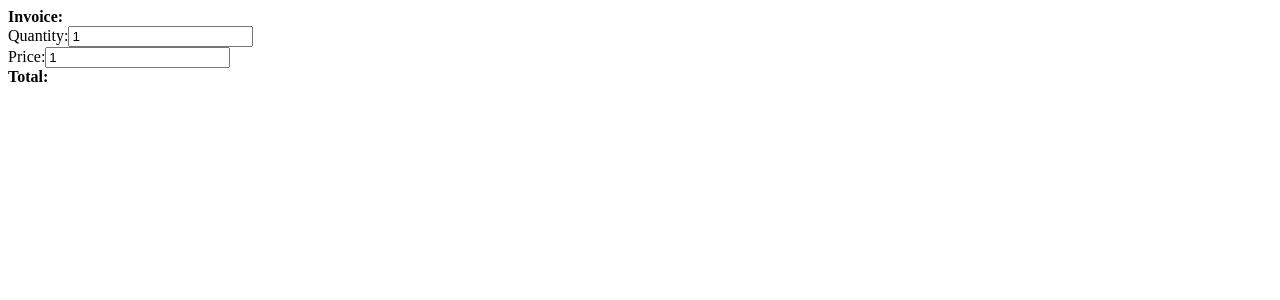
Repository: emriti/BO_SOA_Angular
Page: AngularClient/WebContent/Sampel.html
These files come from the project's save history. The page is drawn as it stood at one moment and after the next save; the edit follows.
The browser window is 1280 px wide. The pictures show the whole page.

Above is the page before, as saved 2016-08-30 05:29:23.

### AngularClient/WebContent/Sampel.html
<!DOCTYPE html>
<html>
<head>
<meta charset="ISO-8859-1">
<title>Insert title here</title>
<script type="text/javascript" src="scripts/angular.min.js"></script>
<script type="text/javascript" src="scripts/invoice1.js"></script>
</head>
<body>
	<div ng-app="invoice1" ng-controller="InvoiceController as invoice">
		<b>Invoice:</b>
		<div>
			Quantity:<input type="number" min="0" ng-model="invoice.qty">
		</div>
		<div>
			Price:<input type="number" min="0" ng-model="invoice.cost">
		</div>
		<div>
			<b>Total:</b>{{qty*cost|currency}}
		</div>
	</div>
</body>
</html>

### AngularClient/WebContent/scripts/invoice1.js
(function() {
	angular.module('invoice1', []).controller('InvoiceController',
			function InvoiceController() {
				this.qty = 1;
				this.cost = 1;
				this.inCurr = 'IDR';
				this.currencies = [ 'IDR', 'USD', 'EUR' ];
				this.idrToForeignRates = {
					IDR : 1,
					USD : 13246,
					EUR : 15000
				};

				this.total = function total() {
					return this.convertCurrency(this.qty * this.cost, this.inCurr, this.outCurr);
				};

				this.convertCurrency = function convertCurrency(amount, inCurr, outCurr) {
					return amount * this.idrToForeignRates[inCurr] / this.idrToForeignRates[outCurr];
				};

				this.pay = function pay() {
					window.alert('Thanks!');
				};

			});
})();

Loaded but not shown: AngularClient/WebContent/scripts/angular.min.js (library)

After the next save:
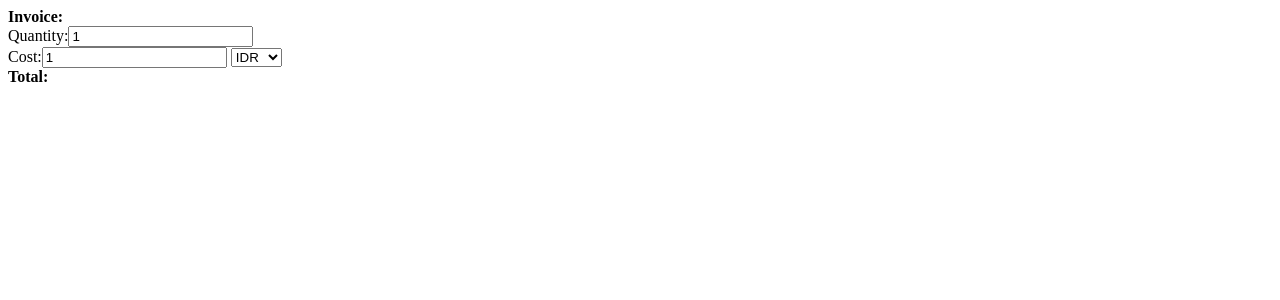
Saved 68 s later.
--- a/AngularClient/WebContent/Sampel.html
+++ b/AngularClient/WebContent/Sampel.html
@@ -13,7 +13,10 @@
 			Quantity:<input type="number" min="0" ng-model="invoice.qty">
 		</div>
 		<div>
-			Price:<input type="number" min="0" ng-model="invoice.cost">
+			Cost:<input type="number" min="0" ng-model="invoice.cost">
+			<select ng-model="invoice.inCurr">
+				<option ng-repeat="c in invoice.currencies">{{c}}</option>
+			</select>
 		</div>
 		<div>
 			<b>Total:</b>{{qty*cost|currency}}
